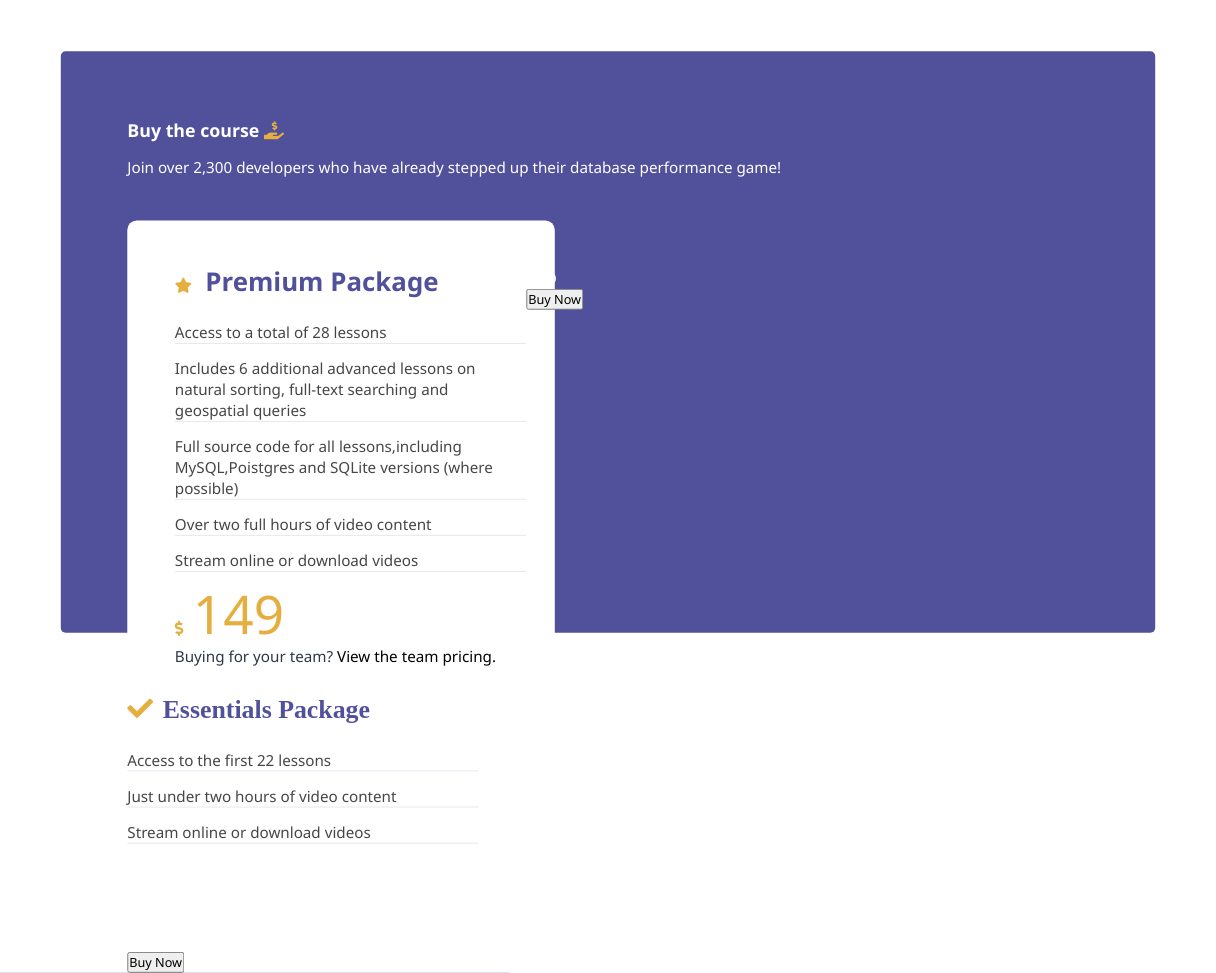
Repository: Z-ayat/Challenges
Page: Challenge 4/index.html
These files come from the project's save history. The page is drawn as it stood at one moment and after the next save; the edit follows.
The browser window is 1280 px wide. The pictures show the whole page, at 95% of full size.

Above is the page before, as saved 2021-09-07 01:51:32.

### Challenge 4/index.html
<!DOCTYPE html>

<head>
    <meta charset="UTF-8">
    <title>Course Offer Box</title>
    <link rel="stylesheet" href="styling/css/master.css">
    <link rel="stylesheet" href="styling/css/all.min.css">
    <link rel="preconnect" href="https://fonts.googleapis.com">
    <link rel="preconnect" href="https://fonts.gstatic.com" crossorigin>
    <link href="https://fonts.googleapis.com/css2?family=Cairo:wght@400;600;700;900&display=swap" rel="stylesheet">
</head>

<body>
    <div class="container">
        <div class="layout">
            <div class="head">
                <h3>Buy the course <i class="fas fa-hand-holding-usd" style="color: #FFC83D;"></i></h3>
                <p class="join">Join over 2,300 developers who have already stepped up their database performance game!</p>
            </div>
            <div class="prem-pack">
                <i class="fas fa-star">
                    <p class="headtitle">Premium Package</p>
                </i>
                <p class="specs">Access to a total of 28 lessons</p>
                <p class="specs"><span class="import">Includes 6 additional advanced lessons</span> on natural sorting, full-text searching and geospatial queries</p>
                <p class="specs"><span class="import"> Full source code for all lessons,</span>including MySQL,Poistgres and SQLite versions (where possible)</span>
                </p>
                <p class="specs">Over two full hours of video content</p>
                <p class="specs">Stream online or download videos</p>
                <i class="fas fa-dollar-sign"><span class="price">149</span></i>
                <p class="usd">USD</p>
                <button>Buy Now</button>
                <p class="buyalign">Buying for your team? <a href="#">View the team pricing.</a></p>
            </div>
            <div class="ess-pack">
                <p class="headtitle fas fa-check">Essentials Package</p>
                <p class="specs"><span class="import">Access to the first 22 lessons</span></p>
                <p class="specs">Just under two hours of video content</p>
                <p class="specs">Stream online or download videos</p>
                <p class="price">99
                    <p class="usd">USD</p>
                </p>

                <button>Buy Now</button>
            </div>
        </div>
</body>

</html>

### Challenge 4/styling/css/master.css
* {
    box-sizing: border-box;
    padding: 0;
    margin: 0;
    font-family: 'Segoe UI', Tahoma, Geneva, Verdana, sans-serif;
}

*::before {
    display: inline-block;
    color: #E5AF40;
    margin-right: 10px;
}

*::after {
    display: inline-block;
    color: #E5AF40;
}

a,
a:focus {
    text-decoration: none;
    cursor: default;
    color: black;
    font-weight: 500;
}

span {
    font-weight: 500;
    display: inline-block !important;
}

:root {
    --clrbg: #51509B;
    --clrhead: #404B5F;
    --clrprice: #4A5568;
    --clrbodyfont: #FFFFFF;
    --facolor: #E5AF40;
    --packb4bordshdw: #FFEABE;
    --clrspecs: #000000ba;
}

body {
    display: flex;
    justify-content: center;
    align-items: center;
    height: 100vh;
}

.container {
    display: grid;
    width: 90%;
    height: 85%;
    background-color: var(--clrbg);
    border-radius: 5px;
    color: var(--clrbodyfont);
    padding: 70px 70px;
}

.head {
    margin-bottom: 45px;
}

.head h3 {
    margin-bottom: 1rem;
    font-size: 2..5rem;
}

.price {
    font-size: 3.5rem;
}

.prem-pack {
    background-color: #FFFFFF;
    height: 500px;
    width: 450px;
    padding: 50px;
    border-radius: 10px;
    display: flex;
    flex-flow: wrap column;
    align-items: flex-start;
    position: relative;
    -webkit-border-radius: 10px;
    -moz-border-radius: 10px;
    -ms-border-radius: 10px;
    -o-border-radius: 10px;
}

.specs {
    width: 35px;
    margin-bottom: 15px;
    overflow-wrap: break-word;
    width: 370px;
    border-bottom: solid 1px #E2E8F0;
    color: var(--clrspecs);
}

.headtitle {
    font-weight: 600;
    color: var(--clrbg) !important;
    font-size: 1.7rem;
    margin-bottom: 30px;
    display: inline-block;
}

.buyalign {
    text-justify: auto;
    color: #2D3748;
    position: absolute;
    float: left;
    bottom: 30px;
    left: 50px;
}

.fas {
    color: var(--facolor)
}

i .fa-dollar-sign:before {
    margin-top: -21px;
}

Loaded but not shown: Challenge 4/styling/css/all.min.css (library)

After the next save:
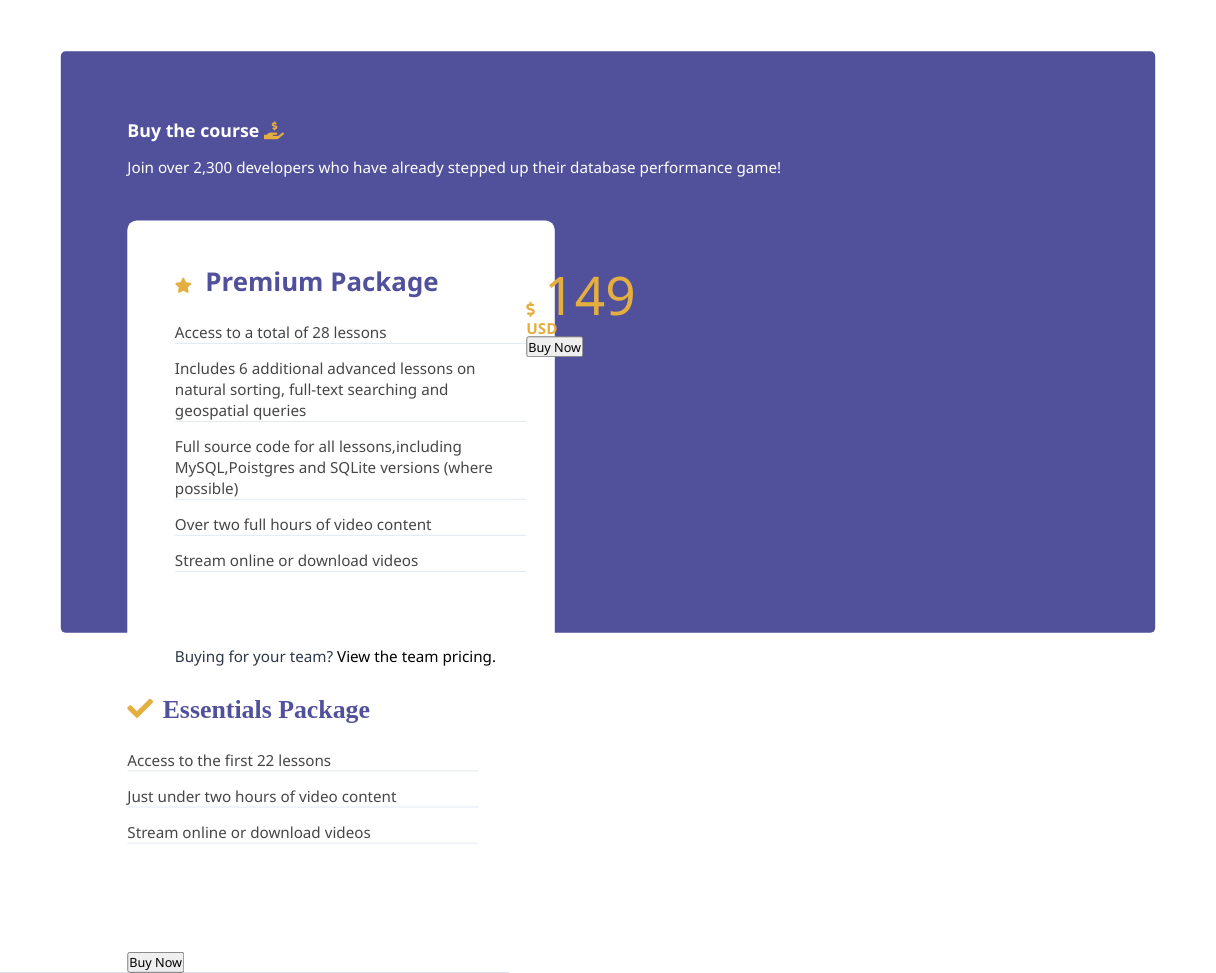
Saved 16 s later.
--- a/Challenge 4/index.html
+++ b/Challenge 4/index.html
@@ -27,8 +27,8 @@
                 </p>
                 <p class="specs">Over two full hours of video content</p>
                 <p class="specs">Stream online or download videos</p>
-                <i class="fas fa-dollar-sign"><span class="price">149</span></i>
-                <p class="usd">USD</p>
+                <i class="fas fa-dollar-sign"><span class="price">149</span><p class="usd">USD</p></i>
+
                 <button>Buy Now</button>
                 <p class="buyalign">Buying for your team? <a href="#">View the team pricing.</a></p>
             </div>
